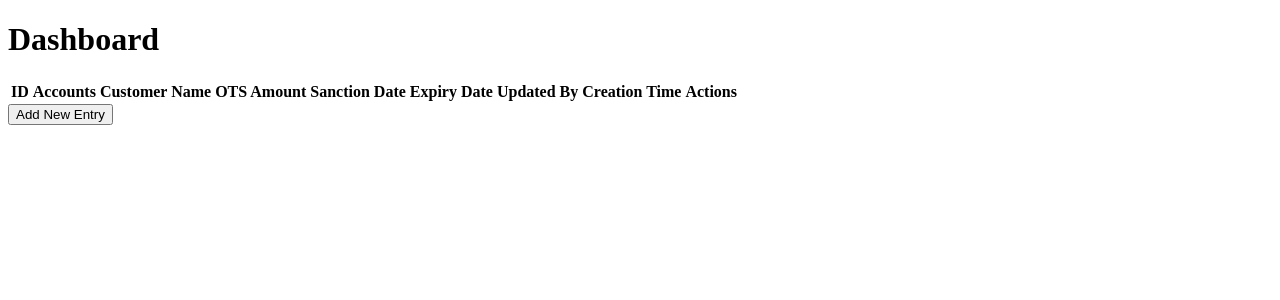
Repository: jigyasa0309/BrainvireDemos
Page: http://localhost/dashboard
The author's editor kept a copy of each file at every save. The page is drawn from the files as they stood at one save, then again after the next save.
The browser window is 1280 px wide. The pictures show the whole page.
The page is this project's Thymeleaf template; nobody is signed in. The template is opened directly, without the code that normally fills it, so the values that code supplies are empty.

Above is the page before, as saved 2024-02-18 18:45:32.

After the next save:
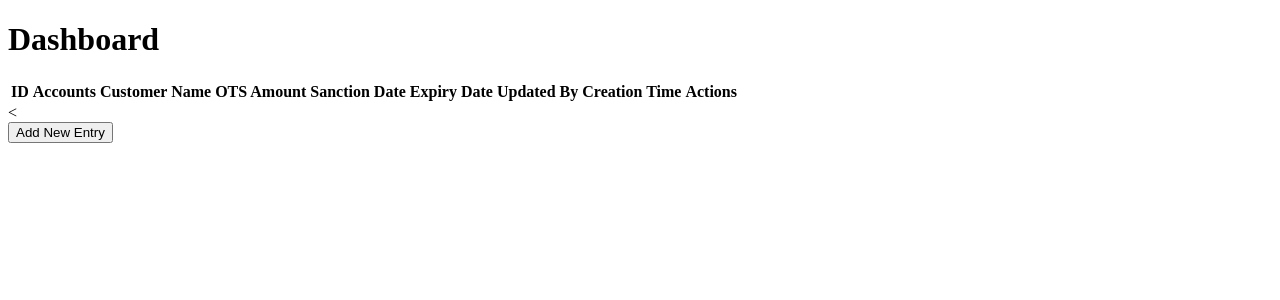
Saved 66 s later.
--- a/AdminSystem/Admin-System-1/src/main/resources/templates/dashboard.html
+++ b/AdminSystem/Admin-System-1/src/main/resources/templates/dashboard.html
@@ -49,7 +49,7 @@
     </table>
 
     <!-- Button for adding a new entry -->
-    <form action="/ots/add" method="post">
+    <<form th:action="@{/ots/add}" method="post">
         <input type="hidden" th:name="${_csrf.parameterName}" th:value="${_csrf.token}" />
         <input type="submit" value="Add New Entry">
     </form>
